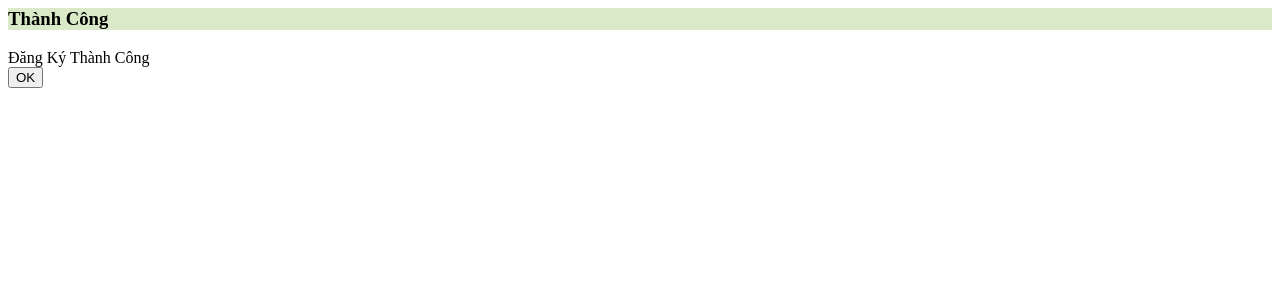
Repository: chickenoken/LuanAn
Page: http://localhost/net/ThanhCong
These files come from the project's save history. The page is drawn as it stood at one moment and after the next save; the edit follows.
The browser window is 1280 px wide. The pictures show the whole page.
The page is served by Tomcat 9.

Above is the page before, as saved 2019-06-17 10:06:35.

After the next save:
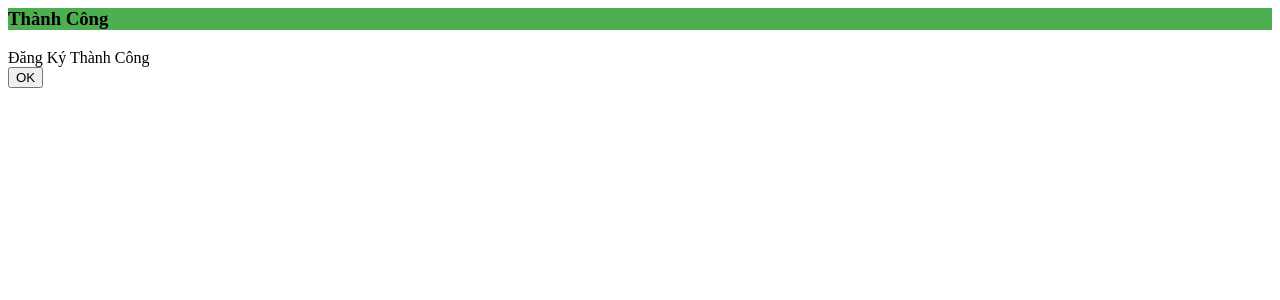
Saved 26 s later.
--- a/net/src/main/webapp/WEB-INF/pages/ThanhCong.jsp
+++ b/net/src/main/webapp/WEB-INF/pages/ThanhCong.jsp
@@ -1,7 +1,7 @@
 <%@ page language="java" contentType="text/html; charset=UTF-8"
   pageEncoding="UTF-8"%>
 <%@taglib prefix="c" uri="http://java.sun.com/jsp/jstl/core"%>
-<div class="modal-header" style="background-color: hsla(89, 43%, 51%, 0.3);">
+<div class="modal-header" style="background-color: #4CAF50;">
   <h3>Thành Công</h3>
 </div>
 <div class="modal-body">
